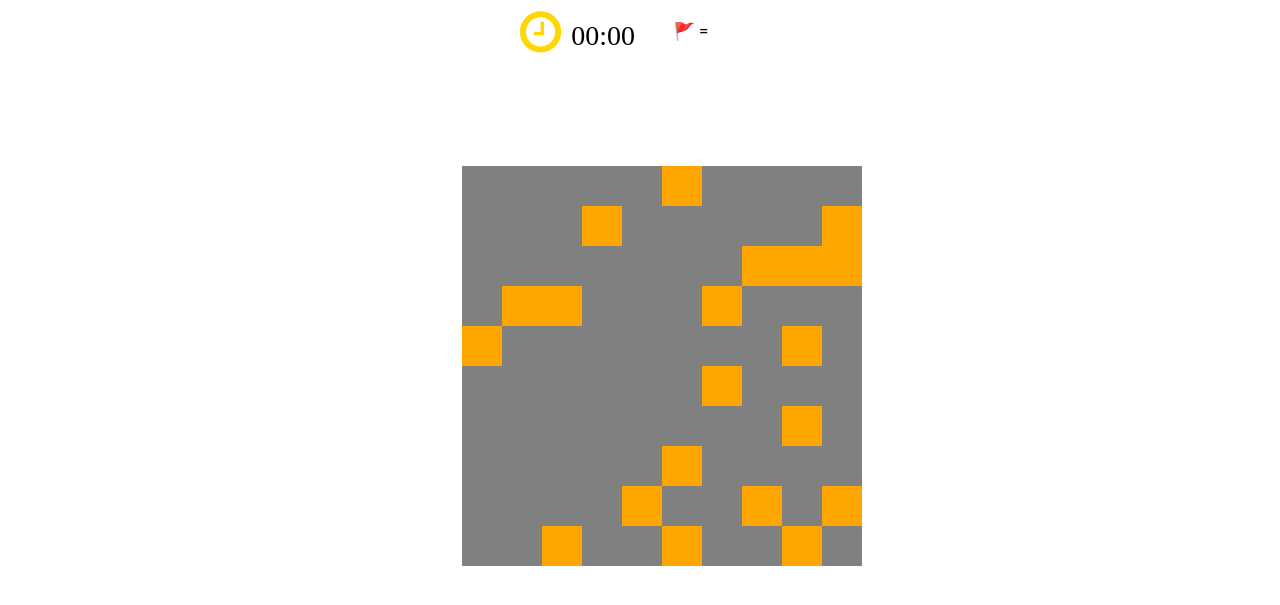
Repository: issaRan/MineSweeper
Page: html/index.html
An editor plug-in stored every save of this project. The page is shown before and after the next save, followed by the edit.
The browser window is 1280 px wide. The pictures show the whole page.

Above is the page before, as saved 2020-10-23 17:09:17.

### html/index.html
<!DOCTYPE html>
<html lang="en">
<head>
    <meta charset="UTF-8">
    <meta name="viewport" content="width=device-width, initial-scale=1.0">
    <title>MineSweeper</title>
    <link rel="stylesheet" href="../css/styles.css">
    <link rel="stylesheet" href="https://cdnjs.cloudflare.com/ajax/libs/font-awesome/4.7.0/css/font-awesome.min.css">
    <script src="../js/index.js" charset="utf-8"></script>
</head>
<body>
  <div class="flags">🚩 = </div><div class="numOfFlag">10</div>
  <div class="grid"></div>
  <i class="fa fa-clock-o" ></i>
  <div id="time">00:00</div>
</body>
</html>

### css/styles.css
.grid {
    height: 400px;
    width: 400px;
    display: flex;
    flex-wrap: wrap;
    background-color: grey;
    position: absolute;
    top: 30%;
    left: 40%;
    margin-top: -50px;
    margin-left: -50px;
    border:1px solid 1px
}
h1{
    position: absolute;
    text-align: center;
}
.fa.fa-clock-o{
    position: absolute;
    font-size:48px;
    margin-left: 40%;
    color:rgb(255,215,0)
}
.grid div {
    border: 5px;
    border-color: #f5f3eb;
    box-sizing: border-box;
    height: 40px;
    width: 40px;
}
.numOfFlag{
    position: absolute;
    margin-left: 48%;
    margin-top: 200px;
}
.flags {
    font-size: larger;
    margin-left: 52%;
    margin-top: 11px;
    position: absolute;
    background-color: #ffffff;
    color: #000000;
    font-family: "Roboto", sans-serif;
    font-size: 17px;
    text-align: center;
    line-height: 1.5em;
}
.bomb {
    background-color: orange;
}
.checked{
    background-color: red;
}
#time{
    margin-left: 44%;
    position: absolute;
    top: 20px;
    font-size: 28px;
}

### js/index.js
document.addEventListener('DOMContentLoaded',()=>{
    const grid = document.querySelector('.grid')
    let width = 10
    let flag = 10
    let squares = []
    let isGameOver = false
    let bombAamount = 20
    function createBoard(){
        const bombArray = Array(bombAamount).fill('bomb')
        const emptyArray = Array(width*width - bombAamount).fill('valid')
        const gameArray = emptyArray.concat(bombArray)
        const shuffledArray = gameArray.sort(()=> Math.random() -0.5)
        for(let i = 0; i < width*width;i++){
            const sqaure = document.createElement('div')
            sqaure.setAttribute('id',i)
            sqaure.classList.add(shuffledArray[i])
            grid.appendChild(sqaure)
            squares.push(sqaure)
            sqaure.addEventListener('click',(e)=>{
                click(sqaure)
            })
            sqaure.oncontextmenu = function(e){
                e.preventDefault()
                addFlag(sqaure)
            }
        }
        for (let i = 0; i < squares.length; i++) {
            let total = 0
            const isLeftEdge = (i % width === 0)
            const isRightEdge = (i % width === width -1)

            if (squares[i].classList.contains('valid')) {
              if (i > 0 && !isLeftEdge && squares[i -1].classList.contains('bomb')) total ++
              if (i > 9 && !isRightEdge && squares[i + 1 -width].classList.contains('bomb')) total ++
              if (i > 10 && squares[i -width].classList.contains('bomb')) total ++
              if (i > 11 && !isLeftEdge && squares[i -1 -width].classList.contains('bomb')) total ++
              if (i < 98 && !isRightEdge && squares[i +1].classList.contains('bomb')) total ++
              if (i < 90 && !isLeftEdge && squares[i -1 +width].classList.contains('bomb')) total ++
              if (i < 88 && !isRightEdge && squares[i +1 +width].classList.contains('bomb')) total ++
              if (i < 89 && squares[i +width].classList.contains('bomb')) total ++
              squares[i].setAttribute('data', total)
            }
        }
    }
    createBoard()
    function click(square){
        let currentId = square.id
        if(isGameOver) return
        if(square.classList.contains('checked') || square.classList.contains('flag')){
            return
        }
        if(square.classList.contains('bomb')){
            gameOver(square)
        }else{
            let total = square.getAttribute('data')
            if(total != 0){
                square.classList.add('checked')
                square.innerHTML = total
                return
            }
            checkSquare(square,currentId)
        }
        square.classList.add('checked')

    }
    function checkSquare(square,currentId){
        const isLeftEdge = (currentId % width === 0)
        const isRightEdge = (currentId % width === width -1)
        setTimeout(()=>{
            if (currentId > 0 && !isLeftEdge) {
                const newId = squares[parseInt(currentId) -1].id
                //const newId = parseInt(currentId) - 1   ....refactor
                const newSquare = document.getElementById(newId)
                click(newSquare)
              }
              if (currentId > 9 && !isRightEdge) {
                const newId = squares[parseInt(currentId) +1 -width].id
                //const newId = parseInt(currentId) +1 -width   ....refactor
                const newSquare = document.getElementById(newId)
                click(newSquare)
              }
              if (currentId > 10) {
                const newId = squares[parseInt(currentId -width)].id
                const newSquare = document.getElementById(newId)
                click(newSquare)
              }
              if (currentId > 11 && !isLeftEdge) {
                const newId = squares[parseInt(currentId) -1 -width].id

                const newSquare = document.getElementById(newId)
                click(newSquare)
              }
              if (currentId < 98 && !isRightEdge) {
                const newId = squares[parseInt(currentId) +1].id
                const newSquare = document.getElementById(newId)
                click(newSquare)
              }
              if (currentId < 90 && !isLeftEdge) {
                const newId = squares[parseInt(currentId) -1 +width].id
                const newSquare = document.getElementById(newId)
                click(newSquare)
              }
              if (currentId < 88 && !isRightEdge) {
                const newId = squares[parseInt(currentId) +1 +width].id
                const newSquare = document.getElementById(newId)
                click(newSquare)
              }
              if (currentId < 89) {
                const newId = squares[parseInt(currentId) +width].id
                const newSquare = document.getElementById(newId)
                click(newSquare)
              }
        },10)
    }
    function gameOver(square){
        console.log("Boom !")
        isGameOver = true
        squares.forEach(square=> {
            if(square.classList.contains('bomb')){
                square.innerHTML = '💣'
            }
        })
    }
    function addFlag(square){
        if(isGameOver) return
        if(!square.classList.contains('checked') && (flag >= 0)) {
            var c = document.querySelector('.numOfFlag')
            if(!square.classList.contains('flag')){
                square.classList.add('flag')
                square.innerHTML = ' 🚩'
                checkForWin()
                flag--;
                c.textContent = flag
            }else{
                square.classList.remove('flag')
                square.innerHTML = ''
                flag++;
                c.textContent = flag
            }
        }
    }
    function checkForWin(){
        let matches = 0
        for(let i = 0; i < squares.length;i++){
            if(squares[i].classList.contains('flag') && squares[i].classList.contains('bomb')){
                matches++
            }
            if(matches == bombAamount){
                isGameOver = true
                console.log('You Win !')
            }
        }
    }
})

After the next save:
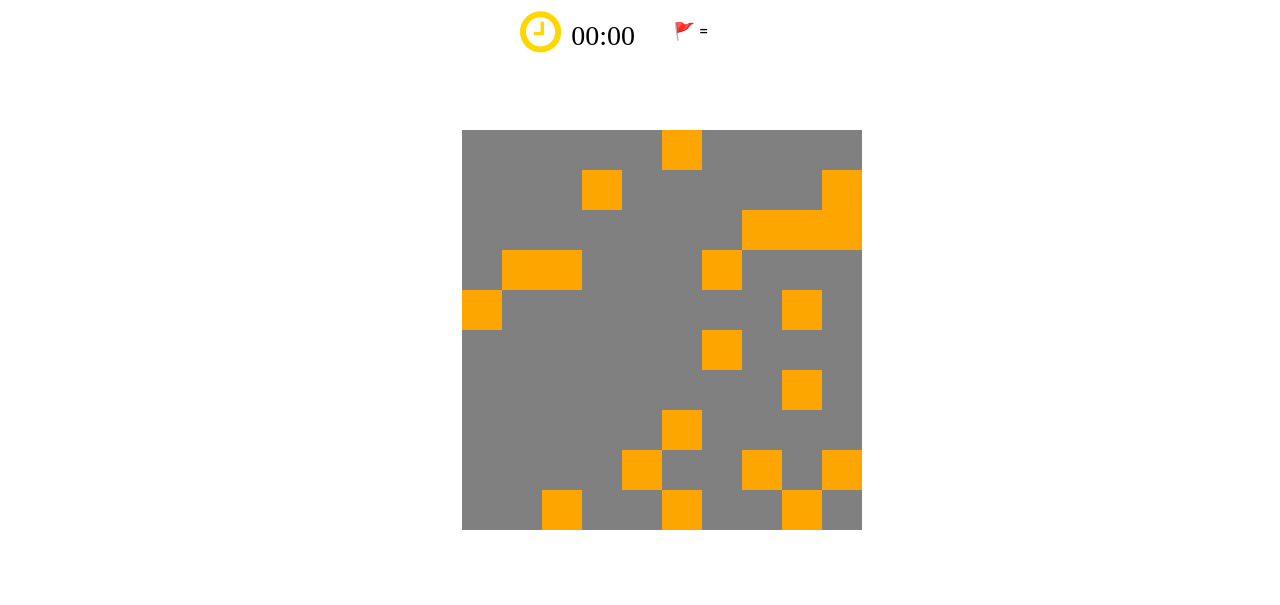
Saved 32 s later.
--- a/css/styles.css
+++ b/css/styles.css
@@ -5,7 +5,7 @@
     flex-wrap: wrap;
     background-color: grey;
     position: absolute;
-    top: 30%;
+    top: 25%;
     left: 40%;
     margin-top: -50px;
     margin-left: -50px;
